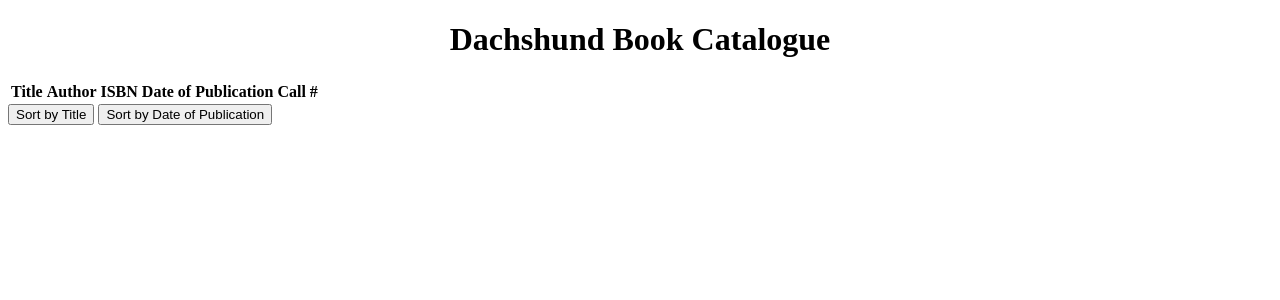
Repository: avega15/Library-Database
Page: http://localhost/main
The author's editor kept a copy of each file at every save. The page is drawn from the files as they stood at one save, then again after the next save.
The browser window is 1280 px wide. The pictures show the whole page.
The page is this project's Thymeleaf template; nobody is signed in. The template is opened directly, without the code that normally fills it, so the values that code supplies are empty.

Above is the page before, as saved 2021-04-22 01:08:27.

After the next save:
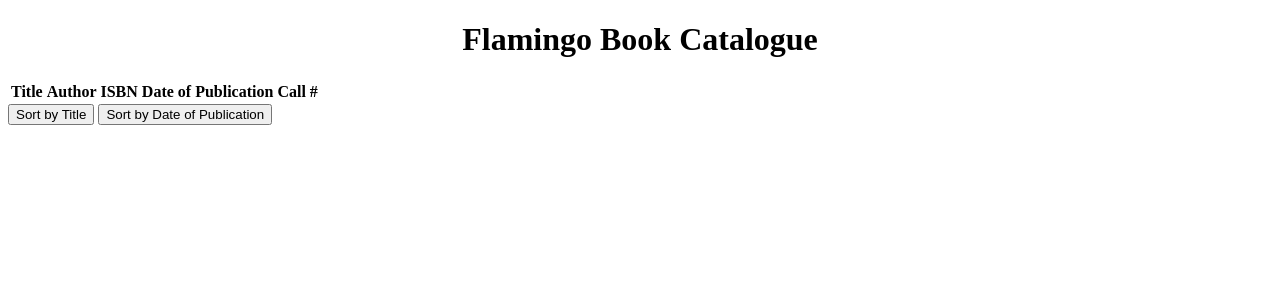
Saved 17 s later.
--- a/demo/src/main/resources/templates/main.html
+++ b/demo/src/main/resources/templates/main.html
@@ -5,7 +5,7 @@
 <meta http-equiv="Content-Type" content="text/html; charset=UTF-8" />
 </head>
 <body>
-	<h1 style="text-align:center">Dachshund Book Catalogue</h1>
+	<h1 style="text-align:center">Flamingo Book Catalogue</h1>
 	<table>
 		<tr>
 			<th onclick="window.location.href='titleSort';">Title</th>
